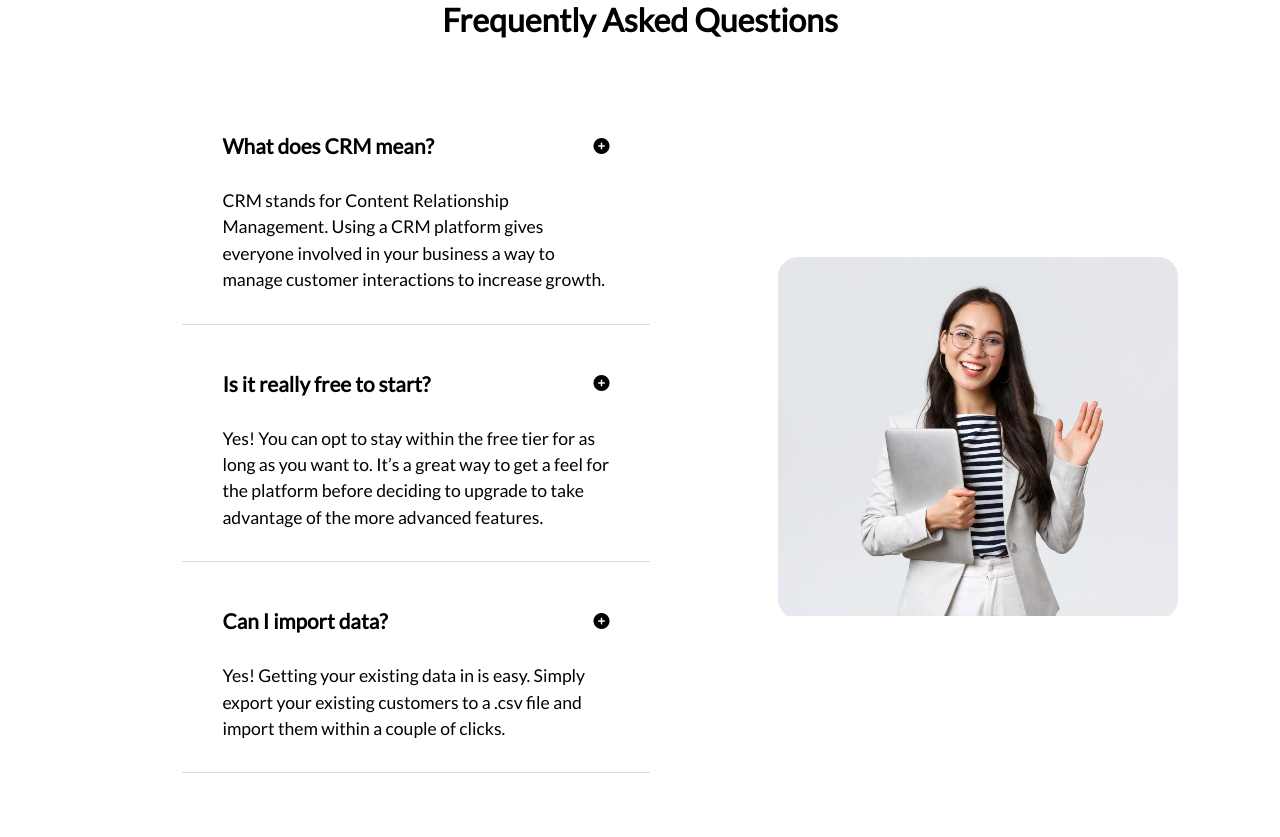
Repository: emiliaiwu/faq_component
Page: index.html
An editor plug-in stored every save of this project. The page is shown before and after a run of saves, followed by the edit.
The browser window is 1280 px wide. The pictures show the whole page.
Some web libraries are served in a nearby version.

Above is the page before, as saved 2022-12-13 16:23:39.

### index.html
<!DOCTYPE html>
<html lang="en">
<head>
    <meta charset="UTF-8">
    <meta http-equiv="X-UA-Compatible" content="IE=edge">
    <meta name="viewport" content="width=device-width, initial-scale=1.0">
    <link rel="stylesheet" href="style.css">
    <script src="https://kit.fontawesome.com/fd9c36575f.js" crossorigin="anonymous"></script>
    <title>FAQ Component</title>
</head>
<body>
        <h2>Frequently Asked Questions</h2>
        <article class="faq_component">
            <div class="faq_container">
                <div class="faq_content active">
                    <div class="faq_header">
                        <h3>What does CRM mean?</h3>
                        <i class="fa-solid fa-circle-plus"></i>
                    </div>
                    <div class="content_wrap">
                        <p class="content hidden">
                            CRM stands for Content Relationship Management. Using a CRM platform gives everyone involved in your business a way to manage customer interactions to increase growth.
                        </p>
                    </div>
                </div>

                <div class="faq_content">
                    <div class="faq_header">
                        <h3>Is it really free to start?</h3>
                        <i class="fa-solid fa-circle-plus"></i>
                    </div>
                    <div class="content_wrap">
                        <p class="content hidden">
                            Yes! You can opt to stay within the free tier for as long as you want to. It’s a great way to get a feel for the platform before deciding to upgrade to take advantage of the more advanced features.
                        </p>
                    </div>
                </div>

                <div class="faq_content">
                    <div class="faq_header">
                        <h3>Can I import data?</h3>
                        <i class="fa-solid fa-circle-plus"></i>
                    </div>
                    <div class="content_wrap">
                         <p class="content hidden">
                            Yes! Getting your existing data in is easy. Simply export your existing customers to a .csv file and import them within a couple of clicks.
                        </p>
                    </div>
                </div>
            </div>
            <div class="faq_image">
                <img src="img/meeting.jpg" alt="">
            </div>
        </article>
 <script src="script.js"></script>
</body>
</html>

### style.css
@import url('https://fonts.googleapis.com/css2?family=Lato:wght@300;400&display=swap');

* {
    margin: 0;
    padding: 0;
    box-sizing: border-box;
}

body {
    font-family: 'Lato', sans-serif;
    max-width: 100vw;
    min-height: 100vh;
    flex-direction: column;

}

body,
.faq_component,
.faq_container {
    display: flex;
    align-items: center;
    justify-content: center;

}


/* TYPOGRAPHY */
h2 {
    text-align: center;
    font-size: 2rem;
    font-family: inherit;

}

h3 {
    font-size: 1.3rem;
    font-family: inherit;
}

p {
    font-size: 1.1rem;
    font-family: inherit;
    height: 100%;
    line-height: 1.5;
}



/* MAIN BODY */
.faq_component {
    margin: 4rem 8vw;
    gap: 3rem;
}

.faq_image {
    min-width: 400px;
    max-width: 800px;
    border-radius: 20px;
    overflow: hidden;
}

img {
    width: 100%;
    height: auto;
}

.faq_container {
    padding: 0 5rem;
    flex-direction: column;
    gap: 1rem;
}

.faq_header {
    display: flex;
    align-items: center;
    justify-content: space-between;
    padding: 30px 0px 30px 0;
}

.faq_content {
    padding: 0 40px;
    border-bottom: 1px solid rgba(0, 0, 0, 0.146);
}






.content_wrap {
    max-height: 150px;
    padding: 0 0 30px;
}





@media only screen and (max-width: 1000px) {
    .faq_component {
        flex-direction: column;
        margin: 4rem 8vw;
    }

    h2 {
        margin-top: 3rem;
    }

    .faq_container {
        padding: 0;
    }

    .content_wrap {
    max-height: 300px;
    padding: 0 0 30px;
    }
}

### script.js
'use strict';
const faqHeader = document.querySelectorAll('.faq_header');
const faqContent = document.querySelectorAll('.faq_content');
const content = document.querySelector('.content');



faqContent.forEach((faq) => {
    faq.addEventListener('click', function () {
        // deselect();
        faq.classList.toggle('active');

    });
})


// const deselect = () => {
//     faqHeader.forEach((faq) => {
//         faqContent.classList.remove('active');
// 		content.classList.add('hidden');
// 		faq.classList.remove('open');
//     })
// }

After the next 2 saves:
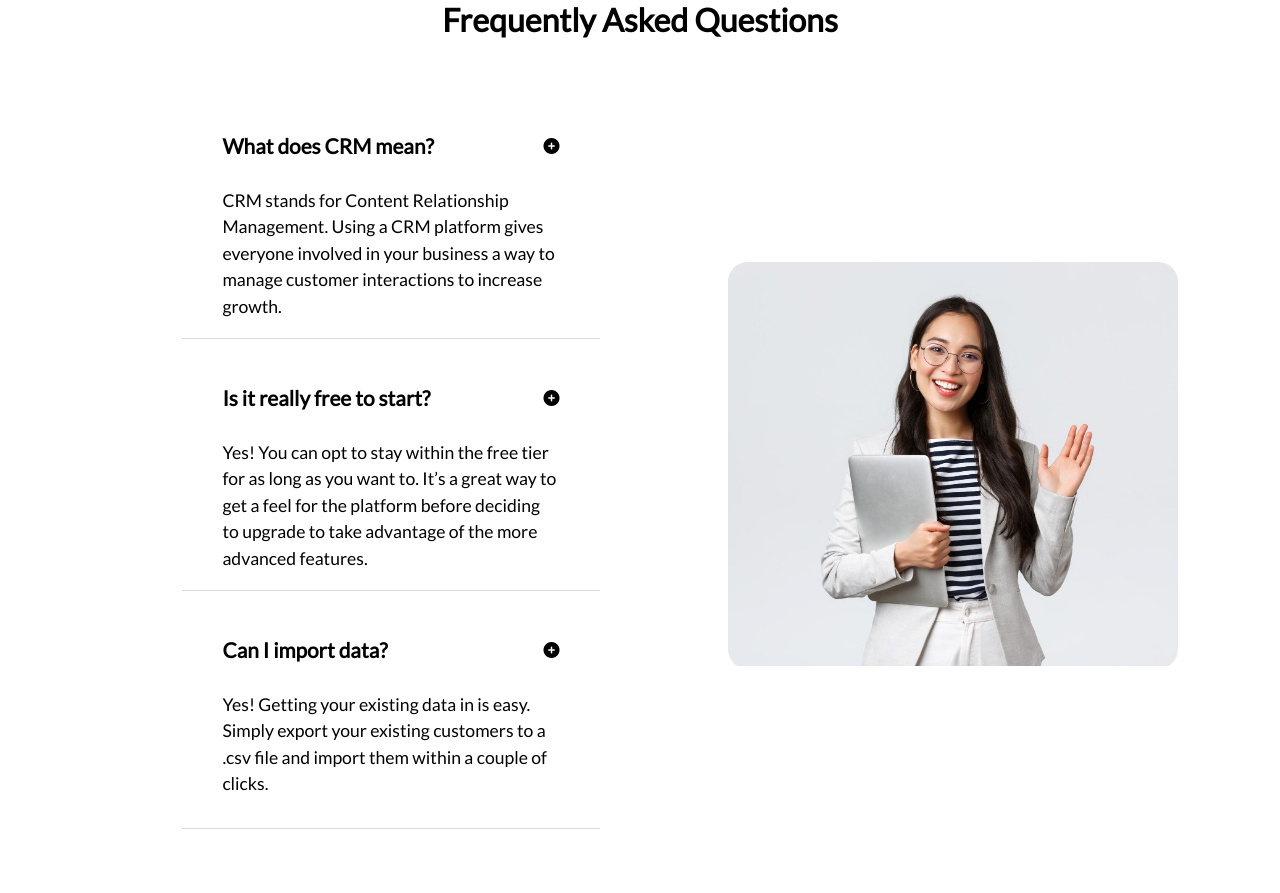
The 2 saves are shown as one change because they came seconds apart.
The last was saved 25 s later.
--- a/style.css
+++ b/style.css
@@ -53,7 +53,7 @@ p {
 }
 
 .faq_image {
-    min-width: 400px;
+    min-width: 450px;
     max-width: 800px;
     border-radius: 20px;
     overflow: hidden;
